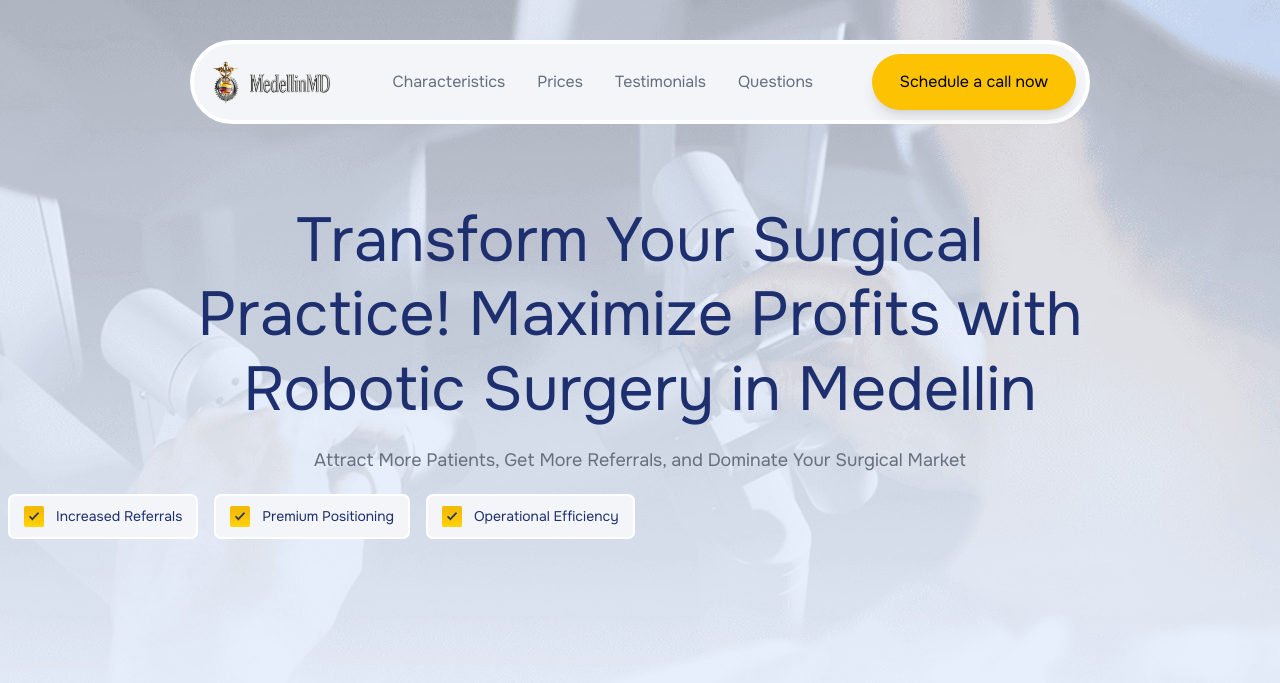
Repository: emmanueltech2019/cmd
Page: /home
The author's editor kept a copy of each file at every save. The page is drawn from the files as they stood at one save, then again after the next save.
The browser window is 1280 px wide. The pictures show the whole page.
The project was rebuilt for these pictures with package versions that can differ from the ones it lists, and the page was loaded fresh each time. The framework's server and built-in components were replaced by stand-ins that run in the browser. Also part of the build but not shown: next.config.mjs.

Above is the page before, as saved 2025-05-15 16:44:58.

After the next save:
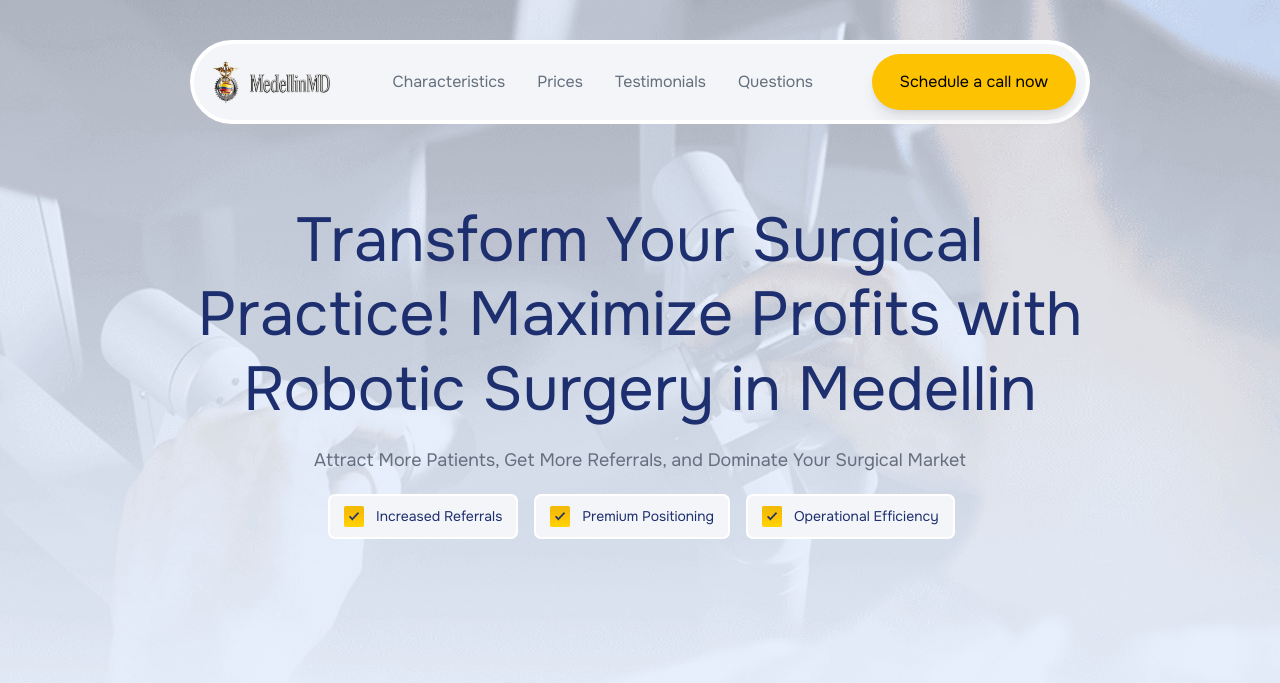
Saved 4 s later.
--- a/src/app/home/page.jsx
+++ b/src/app/home/page.jsx
@@ -49,7 +49,7 @@ const page = () => {
                 <h1 className="text-center text-web-blue text-webhero-font leading-webhero-lineheight">Transform Your Surgical Practice! Maximize Profits with Robotic Surgery in Medellin</h1>
                 <p className='text-websubhero-font text-web-navgray text-center py-5'>Attract More Patients, Get More Referrals, and Dominate Your Surgical Market</p>
             </div>
-            <div className="whitespace-nowrap overflow-hidden w-[50%] me">
+            <div className="whitespace-nowrap overflow-hidden w-[50%] mx-auto">
                 <div className="flex whitespace-nowrap">
                     {slideViewData.map((item) => (
                         <SlideView key={`a-${item.id}`}>
